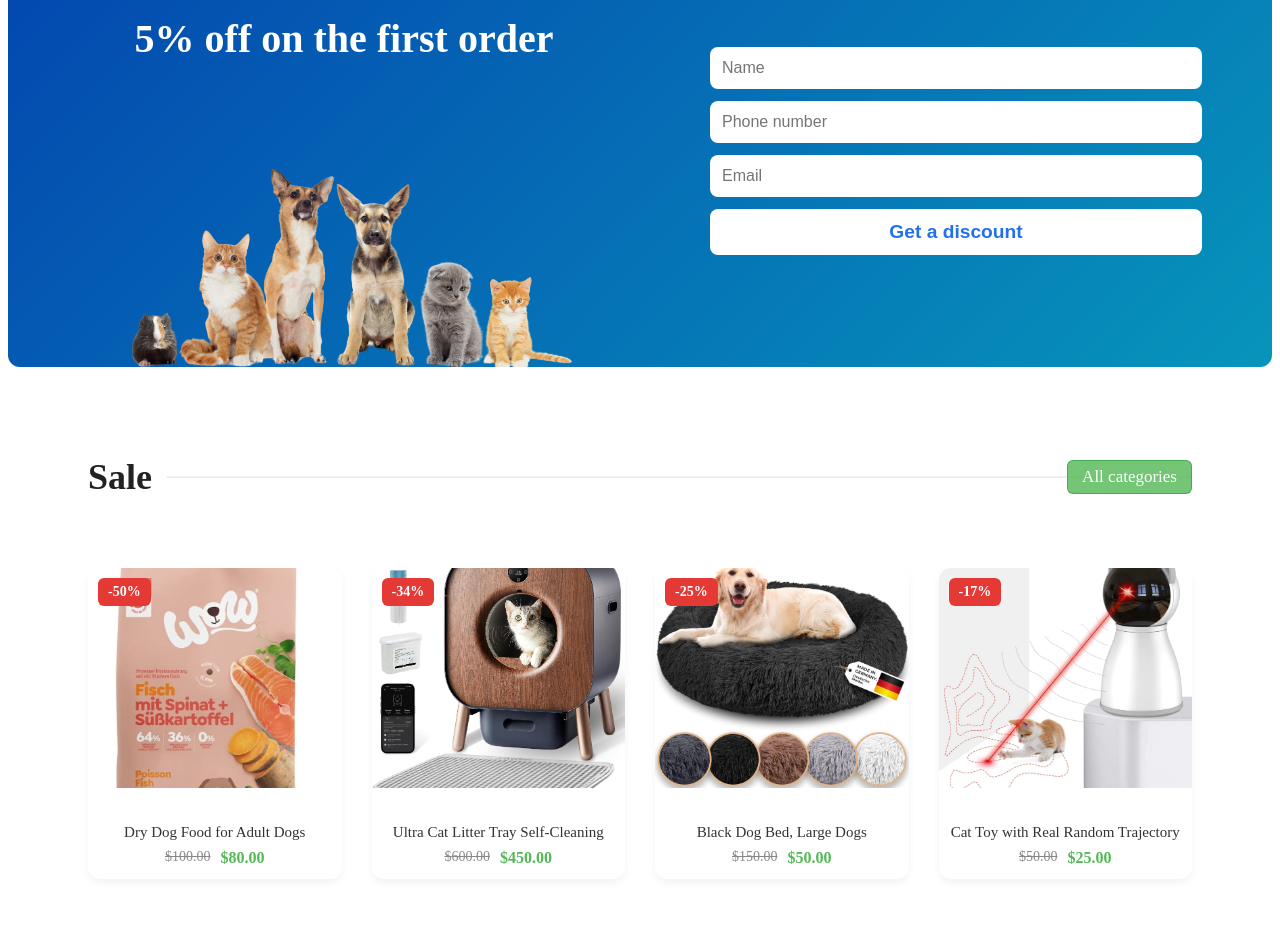
Repository: JuliiaJuliia/pet-shop-frontend
Page: / (app in pet-shop-frontend/)
The author's editor kept a copy of each file at every save. The page is drawn from the files as they stood at one save, then again after the next save.
The browser window is 1280 px wide. The pictures show the part of the page from y = 1212 to 2164 px (the page is 2211 px tall).
The pointer rests on the first visible `.sale-section__all-btn`.
The project was rebuilt for these pictures with package versions that can differ from the ones it lists, and the page was loaded fresh each time. Also part of the build but not shown: pet-shop-frontend/vite.config.js, pet-shop-frontend/src/pages/CheckoutPage.jsx, pet-shop-frontend/src/api/axios.js, pet-shop-frontend/src/components/ProductList.jsx.

Above is the page before, as saved 2025-11-06 20:37:11.

### pet-shop-frontend/index.html
<!doctype html>
<html lang="en">
  <head>
    <meta charset="UTF-8" />
    <link rel="icon" type="image/svg+xml" href="/vite.svg" />
    <meta name="viewport" content="width=device-width, initial-scale=1.0" />
    <title>pet-shop-frontend</title>
  </head>
  <body>
    <div id="root"></div>
    <script type="module" src="/src/main.jsx"></script>
  </body>
</html>

### pet-shop-frontend/src/main.jsx
import HomePage from "./pages/HomePage";
import CheckoutPage from "./pages/CheckoutPage";
import React from "react";
import ReactDOM from "react-dom/client";
import { BrowserRouter, Routes, Route } from "react-router-dom";
import Header from "./components/Header/Header.jsx";
import ProductList from "./components/ProductList";

function Categories() {
  return <h2 style={{ textAlign: "center" }}>Categories Page</h2>;
}

function Sales() {
  return <h2 style={{ textAlign: "center" }}>Sales Page</h2>;
}

function Cart() {
  return <h2 style={{ textAlign: "center" }}>Your Cart is empty</h2>;
}

ReactDOM.createRoot(document.getElementById("root")).render(
  <BrowserRouter>
    <Header />
    <Routes>
      <Route path="/" element={<HomePage />} />
      <Route path="/categories" element={<Categories />} />
      <Route path="/products" element={<ProductList />} />
      <Route path="/sales" element={<Sales />} />
      <Route path="/cart" element={<Cart />} />
    </Routes>
  </BrowserRouter>
);

### pet-shop-frontend/src/pages/HomePage.jsx
import React from "react";
import MainBanner from "../components/MainBanner";
import Categories from "../components/Categories";
import DiscountBanner from "../components/DiscountBanner";
import SaleSection from "../components/SaleSection/SaleSection";

const HomePage = () => {
  return (
    <div>
      <MainBanner />
      <Categories />
      <DiscountBanner />
      <SaleSection />
    </div>
  );
};

export default HomePage;

### pet-shop-frontend/src/components/Header/Header.jsx
import React from "react";
import { Link } from "react-router-dom";
import "./Header.css";

const Header = () => {
  return (
    <header className="header">
      <div className="header__logo">
        <Link to="/">PetShop 🐾</Link>
      </div>
      <nav className="header__nav">
        <Link to="/">Main Page</Link>
        <Link to="/categories">Categories</Link>
        <Link to="/products">All products</Link>
        <Link to="/sales">All sales</Link>
      </nav>
      <div className="header__cart">
        <Link to="/cart">
        <img src="/icon.svg" alt="Cart" className="header__cart-icon" />
        </Link>
</div>
    </header>
  );
};

export default Header;

### pet-shop-frontend/src/components/MainBanner.jsx
import React from "react";
import { Link } from "react-router-dom";
import "./MainBanner.css";

const MainBanner = () => {
  return (
    <section className="main-banner">
      <div className="main-banner__overlay">
        <div className="main-banner__content">
        <h1>Amazing Discounts <br /> on Pets Products!</h1>
        <Link to="/checkout" className="banner-btn">Check out</Link>
        </div>
      </div>
    </section>
  );
};

export default MainBanner;

### pet-shop-frontend/src/components/Categories.jsx
import React from "react";
import { Link } from "react-router-dom";
import "./Categories.css";

const categories = [
  { id: 1, name: "Dry & Wet Food", image: "/Dog.jpg" },
  { id: 2, name: "Litter Boxes & Litter Trays", image: "/Cat.jpg" },
  { id: 3, name: "Baskets & Beds", image: "/Dogs.jpg" },
  { id: 4, name: "Toys", image: "/Dog and Fish.jpg" },
];

const Categories = () => {
  return (
    <section className="categories">
      <div className="categories__header">
        <h2>Categories</h2>
        <div className="categories__line"></div>

        <Link to="/products" className="all-categories-btn">
          All categories
        </Link>
      </div>

      <div className="categories__grid">
        {categories.map((category) => (
          <div key={category.id} className="category-card">
            <img src={category.image} alt={category.name} />
            <div className="category-card__overlay">
              <p>{category.name}</p>
            </div>
          </div>
        ))}
      </div>
    </section>
  );
};

export default Categories;

### pet-shop-frontend/src/components/DiscountBanner.jsx
import { useState } from "react";
import "./DiscountBanner.css";

export default function DiscountBanner() {
  const [form, setForm] = useState({ name: "", phone: "", email: "" });
  const [sent, setSent] = useState(false);

  const handleChange = (e) => {
    setForm({ ...form, [e.target.name]: e.target.value });
    setError("");
  };

  const handleSubmit = (e) => {
    e.preventDefault();

    if (!form.name || !form.phone || !form.email) {
      setError("Fill in this field");
      return;
    }

    setSent(true);
  };
  return (
    <section className="discount-banner">
      <div className="discount-banner__overlay">
        <div className="discount-banner__container">

          {/* Ліва частина: заголовок + картинка */}
          <div className="discount-banner__left">
            <h2>5% off on the first order</h2>
            <img src="/Pets.jpg" alt="Pets" />
          </div>

          {/* Права частина: форма */}
          <div className="discount-banner__right">
            {!sent ? (
              <form onSubmit={handleSubmit}>
                <input
                  type="text"
                  name="name"
                  placeholder="Name"
                  value={form.name}
                  onChange={handleChange}
                  required
                />
                <input
                  type="tel"
                  name="phone"
                  placeholder="Phone number"
                  value={form.phone}
                  onChange={handleChange}
                  required
                />
                <input
                  type="email"
                  name="email"
                  placeholder="Email"
                  value={form.email}
                  onChange={handleChange}
                  required
                />
                <button type="submit">Get a discount</button>
              </form>
            ) : (
              <p className="discount-banner__success">
                ✅ Thank you! We'll contact you soon!
              </p>
            )}
          </div>

        </div>
      </div>
    </section>
  );
}

### pet-shop-frontend/src/components/SaleSection/SaleSection.jsx
import React from "react";
import "./SaleSection.css";
import { Link } from "react-router-dom";

const saleSection = [
  {
    id: 1,
    name: "Dry Dog Food for Adult Dogs",
    image: "/Dry Dog.jpg",
    oldPrice: 100,
    newPrice: 80,
    discount: "-50%",
  },
  {
    id: 2,
    name: "Ultra Cat Litter Tray Self-Cleaning",
    image: "/Cat Litter.jpg",
    oldPrice: 600,
    newPrice: 450,
    discount: "-34%",
  },
  {
    id: 3,
    name: "Black Dog Bed, Large Dogs",
    image: "/Dog Bed.jpg",
    oldPrice: 150,
    newPrice: 50,
    discount: "-25%",
  },
  {
    id: 4,
    name: "Cat Toy with Real Random Trajectory",
    image: "/Cat Toy.jpg",
    oldPrice: 50,
    newPrice: 25,
    discount: "-17%",
  },
];

const SaleSection = () => {
  return (
    <section className="sale-section">
      {/* 🔹 Верхній заголовок + кнопка справа */}
      <div className="sale-section__header">
        <h2>Sale</h2>
        <div className="sale-section__line"></div>
        <Link to="/categories" className="sale-section__all-btn">
          All categories
        </Link>
      </div>

      {/* 🔹 Сітка товарів */}
      <div className="sale-section__grid">
        {saleSection.map((item) => (
          <div key={item.id} className="sale-card">
            <div className="sale-card__image-container">
              <img src={item.image} alt={item.name} className="sale-card__image" />
              <span className="sale-card__discount">{item.discount}</span>
            </div>
            <div className="sale-card__details">
              <h4 className="sale-card__name">{item.name}</h4>
              <div className="sale-card__prices">
                <span className="sale-card__old">${item.oldPrice.toFixed(2)}</span>
                <span className="sale-card__new">${item.newPrice.toFixed(2)}</span>
              </div>
            </div>
          </div>
        ))}
      </div>
    </section>
  );
};

export default SaleSection;

### pet-shop-frontend/src/components/Header/Header.css
.header {
    display: flex;
    align-items: center;
    justify-content: space-between;
    padding: 20px 60px;
    background-color: #fff;
    box-shadow: 0 2px 5px rgba(0, 0, 0, 0.05);
    position: sticky;
    top: 0;
    z-index: 10;
  }

  .header__logo a {
    font-size: 40px;
    font-weight: 400;
    color: #3d3c3c;
    text-decoration: none;
    display: flex;
    align-items: center;
    gap: 10px;
  }

  .header__nav {
    display: flex;
    gap: 30px;
  }

  .header__nav a {
    font-size: 20px;
    text-decoration: none;
    color: #38383a;
    font-weight: 550;
    transition: 0.3s;
    cursor: url("data:[embedded picture, 129 characters]"), auto;
  }

  .header__nav a:hover {
    color: #24973bf3;
  }

  .cart-icon {
    font-size: 20px;
    text-decoration: none;
  }

  .header__cart-icon {
    width: 30px;
    height: 30px;
    object-fit: contain;
    transition: transform 0.3s ease;
    cursor: url("data:[embedded picture, 129 characters]"), auto;
  }

  .header__cart-icon:hover {
    transform: rotate(10deg) scale(1.15);
  }

### pet-shop-frontend/src/components/MainBanner.css
.main-banner {
  position: relative;
  width: 100%;
  height: 500px;
  background: url("/banner-dog.jpg") center/cover no-repeat;
  display: flex;
  align-items: center;
  justify-content: center;
  border-radius: 10px;
  overflow: hidden;
  margin-bottom: 60px;
}

/* Полупрозрачный шар поверх картинки */
.main-banner__overlay {
  background: rgba(0, 0, 0, 0.35);
  width: 100%;
  height: 100%;
  display: flex;
  align-items: center;
  justify-content: center;
}

/* Текст и кнопка */
.main-banner__content {
  text-align: left;
  color: #fff;
  max-width: 800px;
  padding: 0 40px;
  line-height: 1.1;
  white-space: normal;
  word-break: break-word;
}

.main-banner__content h1 {
  font-size: 54px;
  font-weight: 700;
  line-height: 1.2;
  margin-bottom: 40px;
}


.main-banner__button {
  background-color: #53b955df;
  color: rgb(255, 255, 255);
  border: none;
  border-radius: 6px;
  font-size: 18px;
  padding: 14px 30px;
  cursor: pointer;
  transition: all 0.3s ease;
  cursor: url("data:[embedded picture, 129 characters]"), auto;
}

.main-banner__button:hover {
  background-color: #24973b91;
  ;
  transform: scale(1.05);
}

.banner-btn {
  display: inline-block;
  background-color: #53b955df;
  color: white;
  border: none;
  border-radius: 6px;
  font-size: 18px;
  padding: 14px 30px;
  text-decoration: none;
  text-align: center;
  cursor: pointer;
  transition: all 0.3s ease;
}

.banner-btn:hover {
  background-color: #24973b91;
  transform: scale(1.05);
}

### pet-shop-frontend/src/components/Categories.css
.categories {
    padding: 0px 80px 60px;
    background-color: #fff;
  }

  .categories__title {
    font-size: 36px;
    font-weight: 600;
    margin-bottom: 30px;
    color: #222;
  }

  .categories__grid {
    display: grid;
    grid-template-columns: repeat(auto-fit, minmax(220px, 1fr));
    gap: 30px;
    justify-items: center;
  }

  .category-card {
    position: relative;
    width: 100%;
    max-width: 260px;
    border-radius: 12px;
    overflow: hidden;
    cursor: url("data:[embedded picture, 129 characters]"), auto;
    transition: transform 0.3s ease;
  }

  .category-card img {
    width: 100%;
    height: 260px;
    object-fit: cover;
    border-radius: 12px;
  }

  .category-card__overlay {
    position: absolute;
    display: flex;
    justify-content: center;
    align-items: center;
    text-align: center;
    bottom: 0;
    left: 0;
    right: 0;
    background: rgba(0, 0, 0, 0.5);
    color: #fff;
    font-size: 20px;
    font-weight: 500;
    padding-top: 10px;
    transition: background 0.3s ease;
  }

  .category-card:hover {
    transform: scale(1.05);
  }

  .category-card:hover .category-card__overlay {
    background: rgba(0, 0, 0, 0.7);
  }

  .categories__header {
    display: flex;
    align-items: center;
    justify-content: space-between;
    position: relative;
    margin-bottom: 30px;
  }

  .categories__header h2 {
    font-size: 35px;
    font-weight: 700;
    color: #222;
    letter-spacing: 1.5px;
    background-color: #fff;
    padding-right: 15px;
    z-index: 1;
  }

  .categories__line {
    position: absolute;
    left: 0;
    right: 0;
    height: 1px;
    background-color: #ddd;
    top: 50%;
    transform: translateY(-50%);
    z-index: 0;
  }

  .all-categories-btn {
    display: inline-flex;
    align-items: center;
    justify-content: center;
    background-color: #fff;
    border: 1px solid #ccc;
    border-radius: 6px;
    padding: 6px 14px;
    font-size: 13px;
    font-weight: 500;
    color: #333;
    text-decoration: none;
    outline: none;
    cursor: pointer;
    z-index: 1;
    transition: all 0.3s ease;
  }

  .all-categories-btn:hover {
    background-color: #53b955cd;
    color: #fff;
    border-color: #24973b91;
    transform: scale(1.05);
    cursor: url("/paw-cursor.png"), auto;
    cursor: url("data:[embedded picture, 129 characters]"), auto;
  }

### pet-shop-frontend/src/components/DiscountBanner.css
.discount-banner {
    width: 100%;
    background: linear-gradient(135deg, #045de9, #09c6f9);
    border-radius: 12px;
    overflow: hidden;
    margin: 40px 0;
  }

  .discount-banner__overlay {
    background: rgba(0,0,0,0.25);
    padding: 40px 20px;
  }

  .discount-banner__container {
    display: flex;
    flex-direction: column;
    align-items: center;
    text-align: center;
  }


  .discount-banner__left {
    flex: 1;
    text-align: center;
    display: flex;
    flex-direction: column;
    justify-content: space-between;
    align-items: center;
    height: 100%;
    padding: 20px;
  }

  .discount-banner__left h2 {
    font-size: 2.5rem;
    color: #fff;
    margin-top: 20px;
  }

  .discount-banner__left img {
    width: 100%;
    max-width: 500px;
    border-radius: 10px;
    margin-bottom: -70px;
  }

  .discount-banner__right form {
    flex: 1;
    padding: 0 50px;
    display: flex;
    flex-direction: column;
    gap: 12px;
  }

  .discount-banner__right input {
    padding: 12px;
    border-radius: 8px;
    border: none;
    outline: none;
    font-size: 1rem;
  }

  .discount-banner__right button {
    padding: 12px;
    border-radius: 8px;
    border: none;
    background: #fff;
    color: #045ce9df;
    font-weight: 600;
    transition: 0.3s;
    font-size: 1.2rem;
    cursor: url("data:[embedded picture, 129 characters]"), auto;
  }

  .discount-banner__right button:hover {
    background: #e0e0e0;
    transform: scale(1.05);
  }

  .discount-banner__success {
    color: #fff;
    font-weight: 600;
  }

  /* Адаптивность для больших екранов */
  @media (min-width: 768px) {
    .discount-banner__container {
      flex-direction: row;
      justify-content: space-between;
      text-align: left;
    }

    .discount-banner__left {
      flex: 1;
      margin-bottom: 0;
    }

    .discount-banner__right {
      flex: 1;
    }
  }

### pet-shop-frontend/src/components/SaleSection/SaleSection.css
.sale-section {
    background-color: #fff;
    margin: 60px 80px;
    padding-bottom: 60px;
  }

  /* 🔹 Заголовок + кнопка справа + лінія */
  .sale-section__header {
    display: flex;
    justify-content: space-between;
    align-items: center;
    position: relative;
    margin-bottom: 40px;
  }

  .sale-section__header h2 {
    font-size: 36px;
    font-weight: 700;
    color: #222;
    background-color: #fff;
    padding-right: 15px;
    z-index: 1;
  }

  .sale-section__line {
    position: absolute;
    left: 0;
    right: 0;
    height: 1px;
    background-color: #ddd;
    top: 50%;
    transform: translateY(-50%);
    z-index: 0;
  }

  /* 🔹 Кнопка “All categories” */
  .sale-section__all-btn {
    background-color: #fff;
    border: 1px solid #ccc;
    border-radius: 6px;
    padding: 6px 14px;
    font-size: 17px;
    font-weight: 500;
    text-decoration: none;
    color: #222;
    z-index: 1;
    transition: 0.3s;
  }

  .sale-section__all-btn:hover {
    background-color: #53b955cd;
    color: #fff;
    border-color: #24973b91;
    cursor: url("data:[embedded picture, 129 characters]"), auto;
  }

  /* 🔹 Сетка товаров */
  .sale-section__grid {
    display: grid;
    grid-template-columns: repeat(auto-fit, minmax(220px, 1fr));
    gap: 30px;
    justify-items: center;
  }

  /* 🔹 Карточки товаров */
  .sale-card {
    background-color: #fff;
    border-radius: 12px;
    overflow: hidden;
    width: 100%;
    max-width: 260px;
    box-shadow: 0 4px 8px rgba(0, 0, 0, 0.05);
    transition: transform 0.3s ease, box-shadow 0.3s ease;
    cursor: url("data:[embedded picture, 129 characters]"), auto;
  }

  .sale-card:hover {
    transform: scale(1.04);
    box-shadow: 0 8px 15px rgba(0, 0, 0, 0.1);
  }

  /* 🔹 Фото + бейдж скидки */
  .sale-card__image-container {
    position: relative;
  }

  .sale-card__image {
    width: 100%;
    height: 220px;
    object-fit: cover;
    border-radius: 12px 12px 0 0;
  }

  .sale-card__discount {
    position: absolute;
    top: 10px;
    left: 10px;
    background-color: #e53935;
    color: #fff;
    font-size: 14px;
    font-weight: 600;
    padding: 6px 10px;
    border-radius: 6px;
  }

  /* 🔹 Інформація під фото */
  .sale-card__details {
    padding: 12px;
    text-align: center;
  }

  .sale-card__name {
    font-size: 15px;
    font-weight: 500;
    margin-bottom: 8px;
    color: #333;
  }

  .sale-card__prices {
    display: flex;
    justify-content: center;
    gap: 10px;
  }

  .sale-card__old {
    text-decoration: line-through;
    color: #888;
    font-size: 14px;
  }

  .sale-card__new {
    color: #53b955;
    font-weight: 700;
    font-size: 16px;
  }

After the next save:
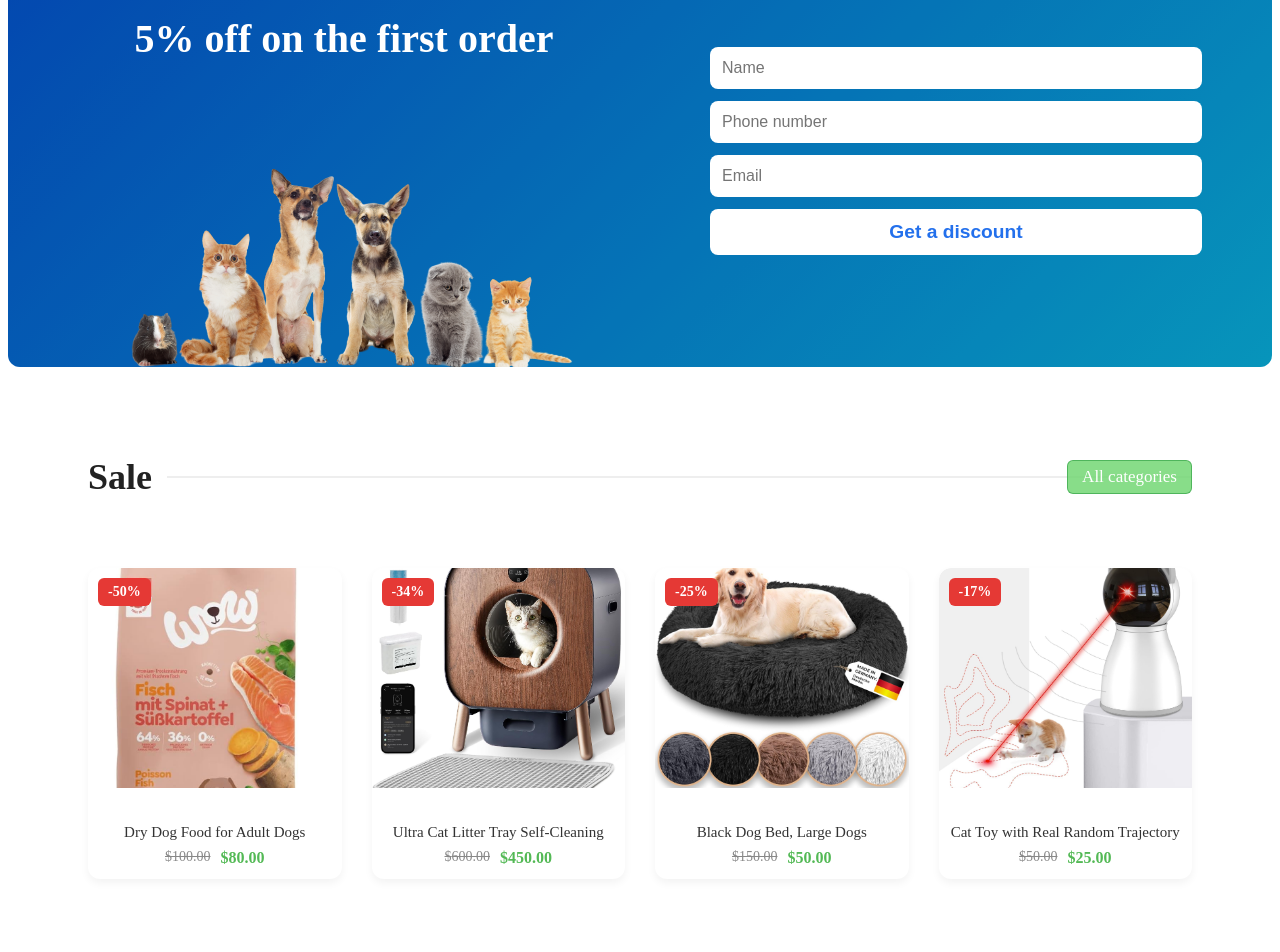
Saved 27 s later.
--- a/pet-shop-frontend/src/components/SaleSection/SaleSection.css
+++ b/pet-shop-frontend/src/components/SaleSection/SaleSection.css
@@ -48,7 +48,7 @@
   }
 
   .sale-section__all-btn:hover {
-    background-color: #53b955cd;
+    background-color: #6bd56dcd;
     color: #fff;
     border-color: #24973b91;
     cursor: url("data:[embedded picture, 129 characters]"), auto;

After the save that followed:
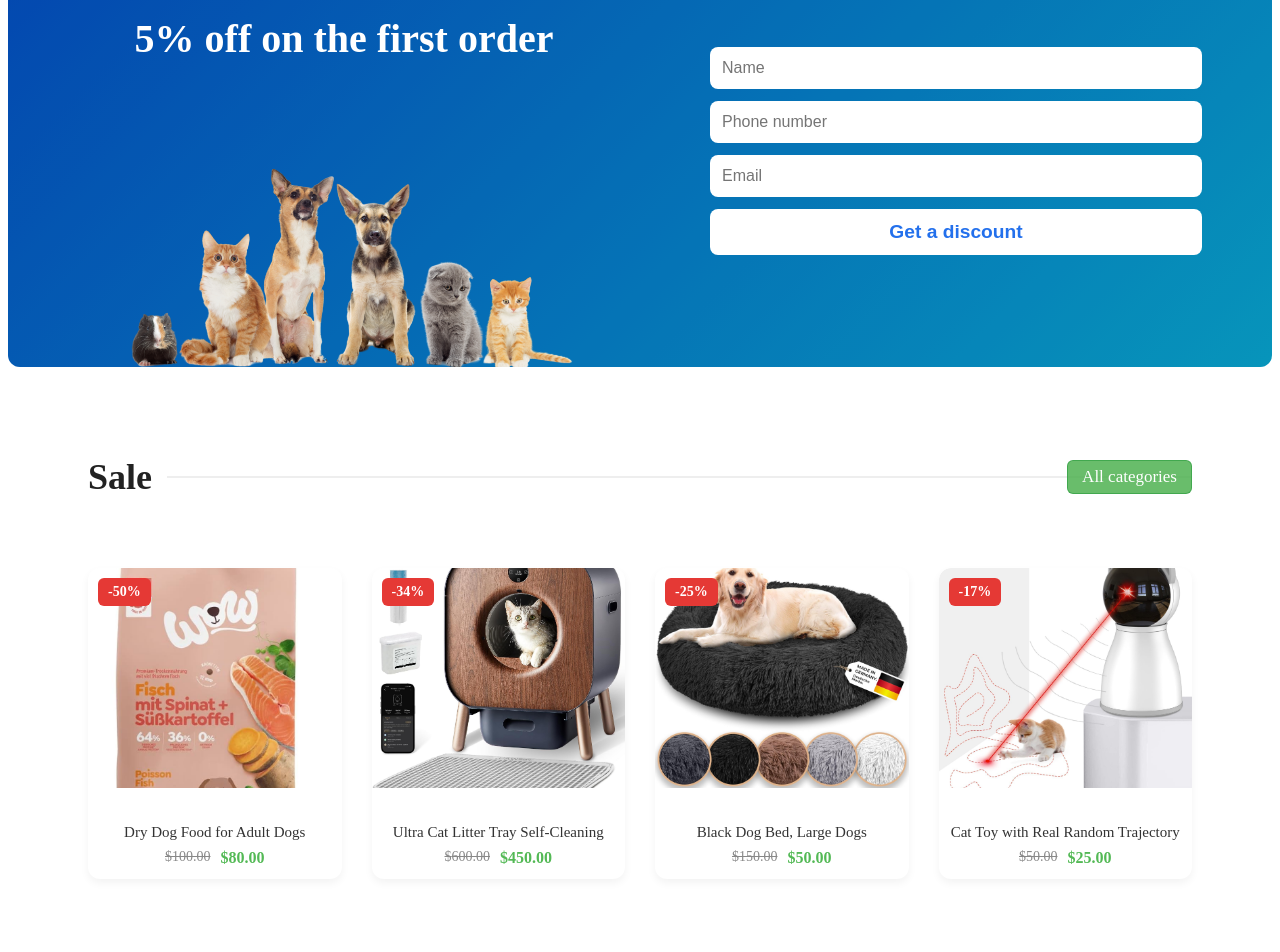
Saved 10 s later.
--- a/pet-shop-frontend/src/components/SaleSection/SaleSection.css
+++ b/pet-shop-frontend/src/components/SaleSection/SaleSection.css
@@ -48,7 +48,7 @@
   }
 
   .sale-section__all-btn:hover {
-    background-color: #6bd56dcd;
+    background-color: #45ad47cd;
     color: #fff;
     border-color: #24973b91;
     cursor: url("data:[embedded picture, 129 characters]"), auto;
